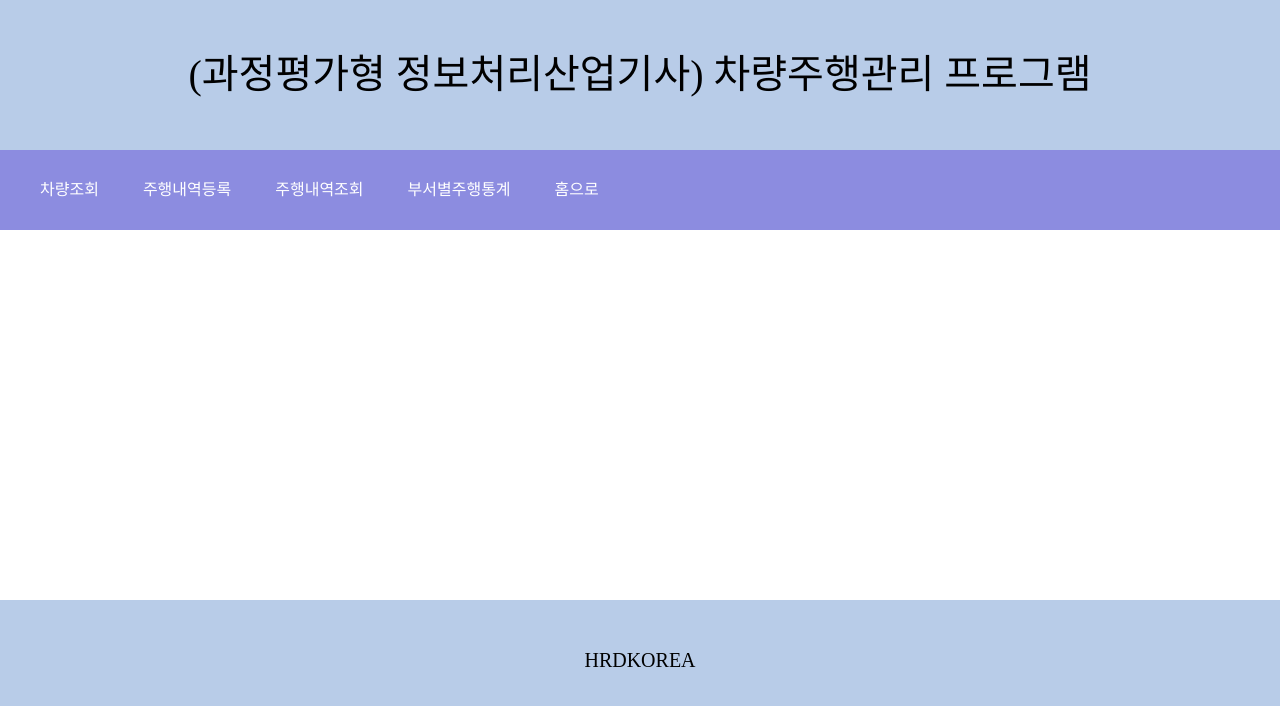
Repository: junhee97/-
Page: http://localhost/HRD_04/
The author's editor kept a copy of each file at every save. The page is drawn from the files as they stood at one save, then again after the next save.
The browser window is 1280 px wide. The pictures show the whole page.
The page is served by Tomcat 9.

Above is the page before, as saved 2025-08-14 13:44:33.

### HRD_04/WebContent/index.jsp
<%@ page language="java" contentType="text/html; charset=UTF-8"
    pageEncoding="UTF-8"%>
<!DOCTYPE html PUBLIC "-//W3C//DTD HTML 4.01 Transitional//EN" "http://www.w3.org/TR/html4/loose.dtd">
<html>
<head>
<meta http-equiv="Content-Type" content="text/html; charset=UTF-8">
<title>Insert title here</title>
</head>
<body>

<jsp:include page="header.jsp"></jsp:include>

<section></section>

<jsp:include page="footer.jsp"></jsp:include>

</body>
</html>

### HRD_04/WebContent/header.jsp
<%@ page language="java" contentType="text/html; charset=UTF-8"
	pageEncoding="UTF-8"%>
<!DOCTYPE html PUBLIC "-//W3C//DTD HTML 4.01 Transitional//EN" "http://www.w3.org/TR/html4/loose.dtd">
<html>
<head>
<meta http-equiv="Content-Type" content="text/html; charset=UTF-8">
<title>Insert title here</title>

<style>
a {
	text-decoration: none;
	color: white;
}
</style>

</head>
<body>

	<header style="position:fixed; top:0px; left:0px; width:100%; height: 150px; line-height: 150px; background-color: #B8CCE8; text-align: center; font-size: 40px;">
	(과정평가형 정보처리산업기사) 차량주행관리 프로그램
	</header>

	<nav style="position: fixed; top: 150px; left: 0px; width: 100%; height: 80px; line-height: 80px; background-color: #8C8CE0; color :white; padding-left: 40px;">
		<a href="c_list.jsp">차량조회</a> &nbsp; &nbsp; &nbsp; &nbsp; &nbsp;
		<a href="insert.jsp">주행내역등록</a> &nbsp; &nbsp; &nbsp; &nbsp; &nbsp;
		<a href="r_list.jsp">주행내역조회</a> &nbsp; &nbsp; &nbsp; &nbsp; &nbsp;
		<a href="status.jsp">부서별주행통계</a> &nbsp; &nbsp; &nbsp; &nbsp; &nbsp;
		<a href="index.jsp">홈으로</a>
	</nav>

</body>
</html>

### HRD_04/WebContent/footer.jsp
<%@ page language="java" contentType="text/html; charset=UTF-8"
    pageEncoding="UTF-8"%>
<!DOCTYPE html PUBLIC "-//W3C//DTD HTML 4.01 Transitional//EN" "http://www.w3.org/TR/html4/loose.dtd">
<html>
<head>
<meta http-equiv="Content-Type" content="text/html; charset=UTF-8">
<title>Insert title here</title>
</head>
<body>

	<footer style="position: fixed; bottom: 0px; left: 0px; width: 100%; height: 120px; line-height: 120px; text-align: center; background-color: #B8CCE8; font-size: 20px;">
		HRDKOREA
	</footer>

</body>
</html>

After the next save:
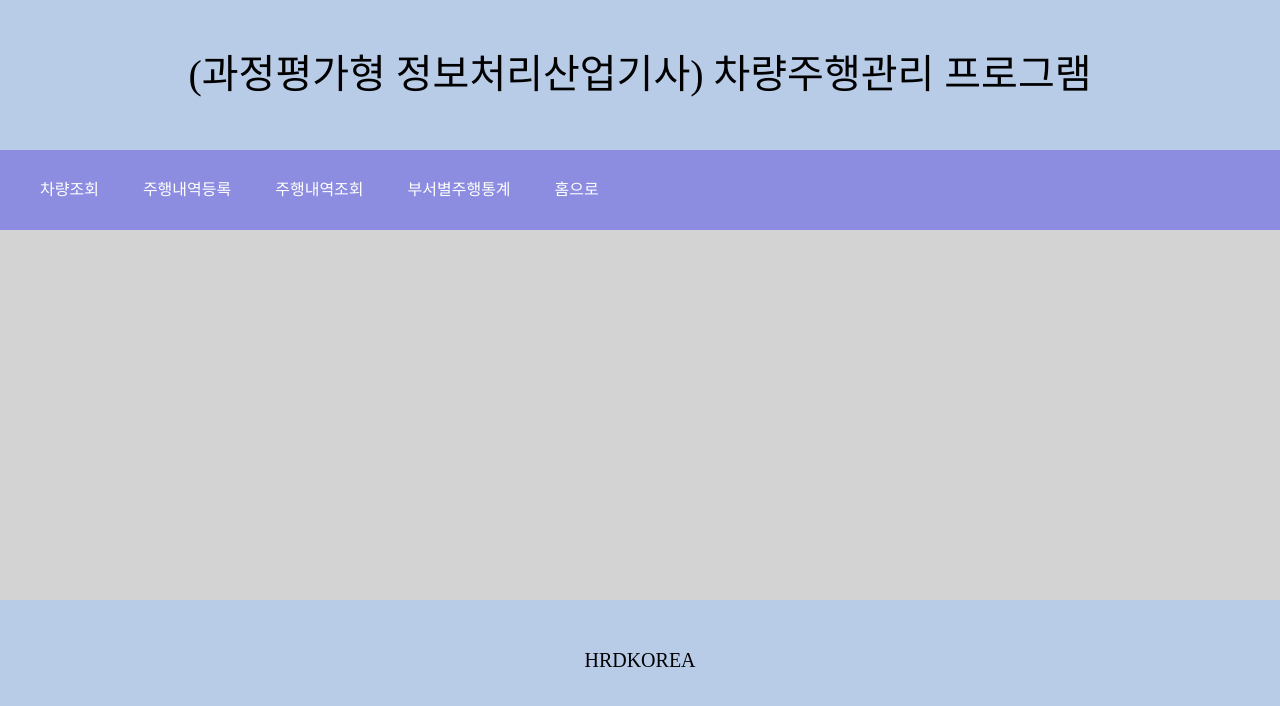
Saved 35 s later.
--- a/HRD_04/WebContent/index.jsp
+++ b/HRD_04/WebContent/index.jsp
@@ -10,7 +10,8 @@
 
 <jsp:include page="header.jsp"></jsp:include>
 
-<section></section>
+<section style="position: fixed; top: 230px; left: 0px; width: 100%; height: 100%; background-color: lightgray;">
+</section>
 
 <jsp:include page="footer.jsp"></jsp:include>
 
